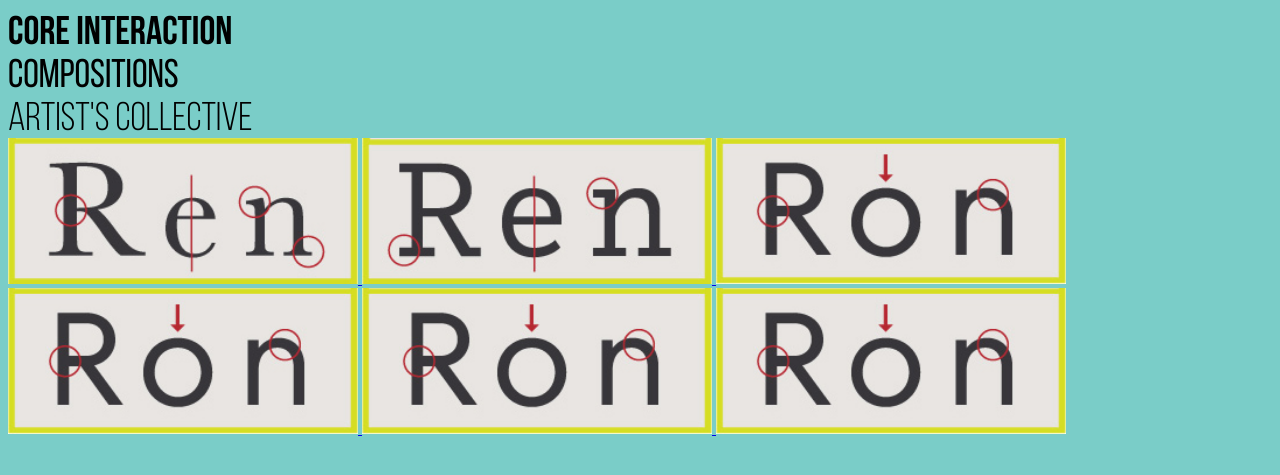
Repository: diasm568/diasm568.github.io
Page: lab/archive/index.html
The author's editor kept a record of every edit. The page is drawn from the files as they stood at one moment, then again after the next edit.
The browser window is 1280 px wide. The pictures show the whole page.

Above is the page before.

### lab/archive/index.html
<!DOCTYPE html>

<html>

<link href="styles.css" rel="stylesheet" type="text/css">

<title>Composition Archive</title>

<link rel="shortcut icon" type="image/png" href="../studio/favicon2.jpg"/>

<head>

	<p1>Core Interaction</p1>
        <br>
	<p2>Compositions</p2>
        <br>
	<p3>Artist's Collective</p3>
        <br>
</head>

<body>

    <a href="#transitional" class= "post" style= top:10px;>
        <img src="transitional.jpg" alt="home" style="width:350px;height:146px">
    </a>

    <a href="#slab" class= "post" style= top:10px;>
        <img src="slab.jpg" alt="home" style="width:350px;height:146px">
    </a>

    <a href="#geometric" class= "post" style= top:10px;>
        <img src="geometric.jpg" alt="home" style="width:350px;height:146px">
    </a>

    <a href="#geometric" class= "post" style= top:10px;>
        <img src="geometric.jpg" alt="home" style="width:350px;height:146px">
    </a>

    <a href="#geometric" class= "post" style= top:10px;>
        <img src="geometric.jpg" alt="home" style="width:350px;height:146px">
    </a>

    <a href="#geometric" class= "post" style= top:10px;>
        <img src="geometric.jpg" alt="home" style="width:350px;height:146px">
    </a>

</body>

</html>

### lab/archive/styles.css
body {
    background-color: #7acdc8;
}

@font-face {
    font-family: bebasNeueBold;
    src: url('bebasNeueBold-webfont.ttf') format('truetype');
}

@font-face {
    font-family: bebasNeueBook;
    src: url('bebasNeueBook-webfont.ttf') format('truetype');
}

@font-face {
    font-family: bebasNeueRegular;
    src: url('bebasNeueRegular-webfont.ttf') format('truetype');
}

p1 {
    font-family: bebasNeueBold;
    font-size: 40px;
}

p2 {
    font-family: bebasNeueRegular;
    font-size: 40px;
}

p3 {
    font-family: bebasNeueBook;
    font-size: 40px;
}

After the next edit:
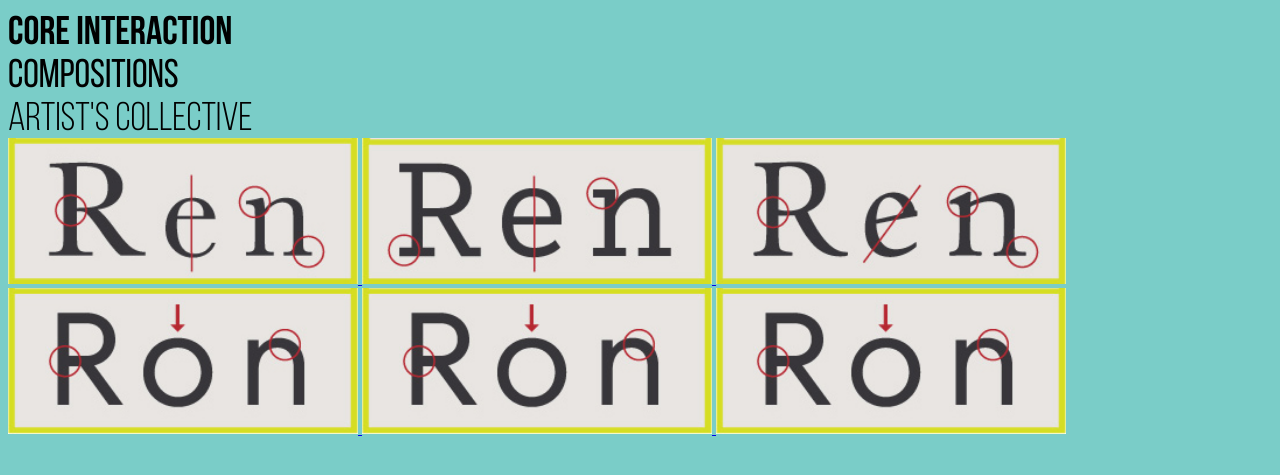
The edit:
--- a/lab/archive/index.html
+++ b/lab/archive/index.html
@@ -28,8 +28,8 @@
         <img src="slab.jpg" alt="home" style="width:350px;height:146px">
     </a>
 
-    <a href="#geometric" class= "post" style= top:10px;>
-        <img src="geometric.jpg" alt="home" style="width:350px;height:146px">
+    <a href="#oldstyle" class= "post" style= top:10px;>
+        <img src="oldstyle.jpg" alt="home" style="width:350px;height:146px">
     </a>
 
     <a href="#geometric" class= "post" style= top:10px;>
